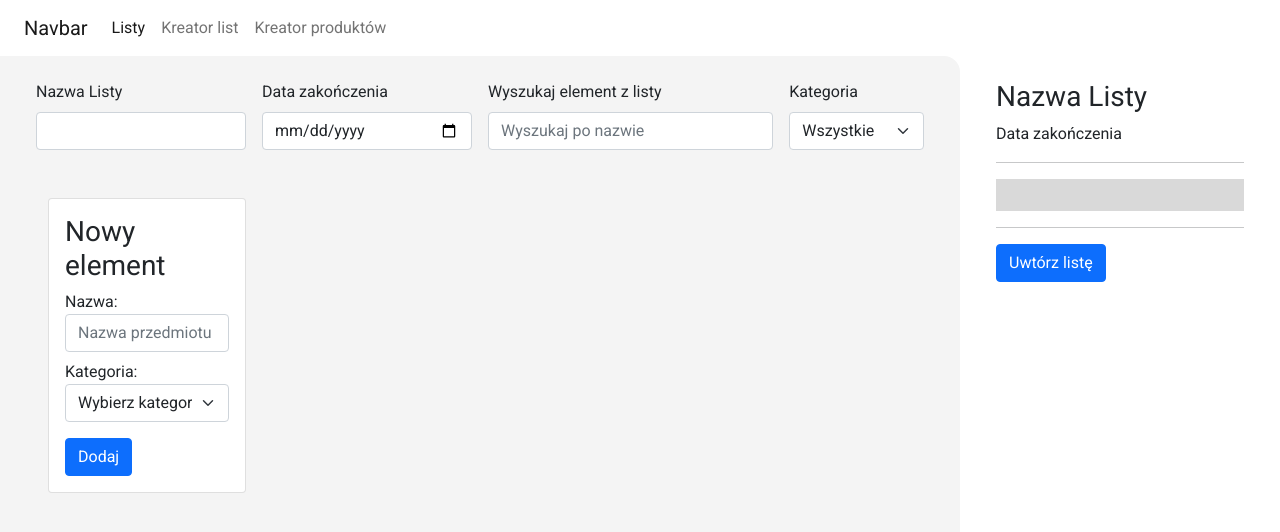
Repository: alphatra/Task-menager
Page: http://localhost/php/src/views/createList.php
An editor plug-in stored every save of this project. The page is shown before and after the next save, followed by the edit.
The browser window is 1280 px wide. The pictures show the whole page.
The page is run by PHP 8.4 with error messages shown; the project is at /var/www/html/. Queries for data that is not in the repository find no rows.

Above is the page before, as saved 2023-02-11 17:06:15.

After the next save:
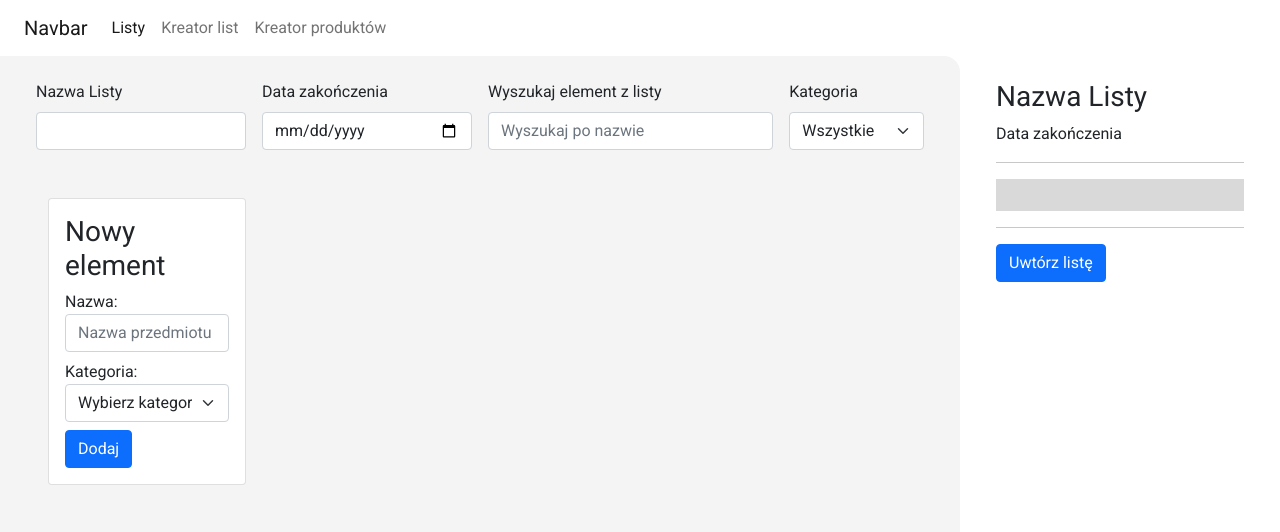
Saved 9 s later.
--- a/php/src/views/createList.php
+++ b/php/src/views/createList.php
@@ -47,7 +47,7 @@
                                     <option selected>Wybierz kategorię</option>
 
                                     </select>
-                                <input class="btn btn-primary mt-3" id="add_tolist" type="button" value="Dodaj">
+                                <input class="btn btn-primary mt-2" id="add_tolist" type="button" value="Dodaj">
                             </div>
                         </div>
                     </div>`);
